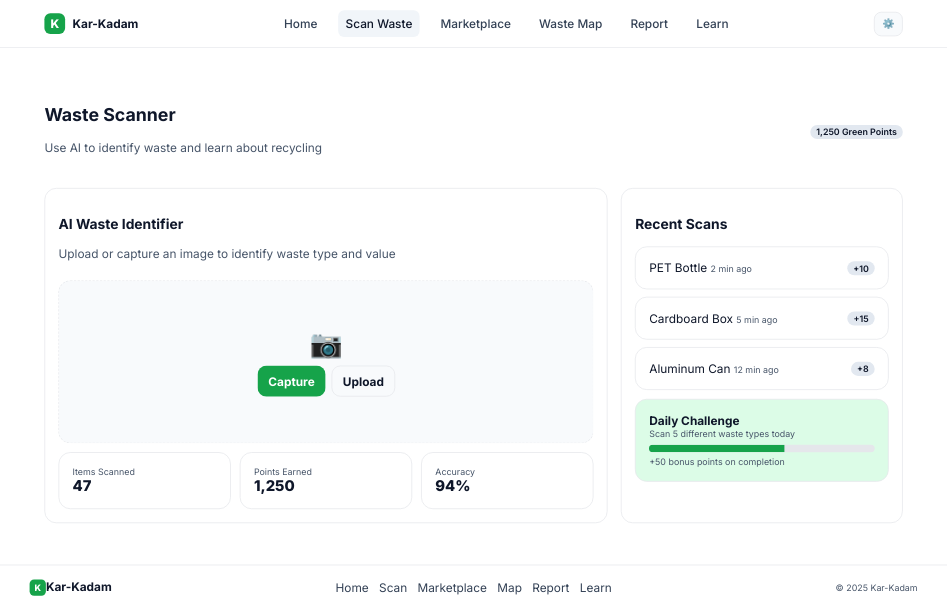
Repository: deeshna15/Swadeshi-for-Atmanirbhar-Bharat---Clean-Green-Technology
Page: frontend/scan.html
An editor plug-in stored every save of this project. The page is shown before and after the next save, followed by the edit.
The browser window is 1280 px wide. The pictures show the whole page, at 74% of full size.

Above is the page before, as saved 2025-09-30 17:56:57.

After the next save:
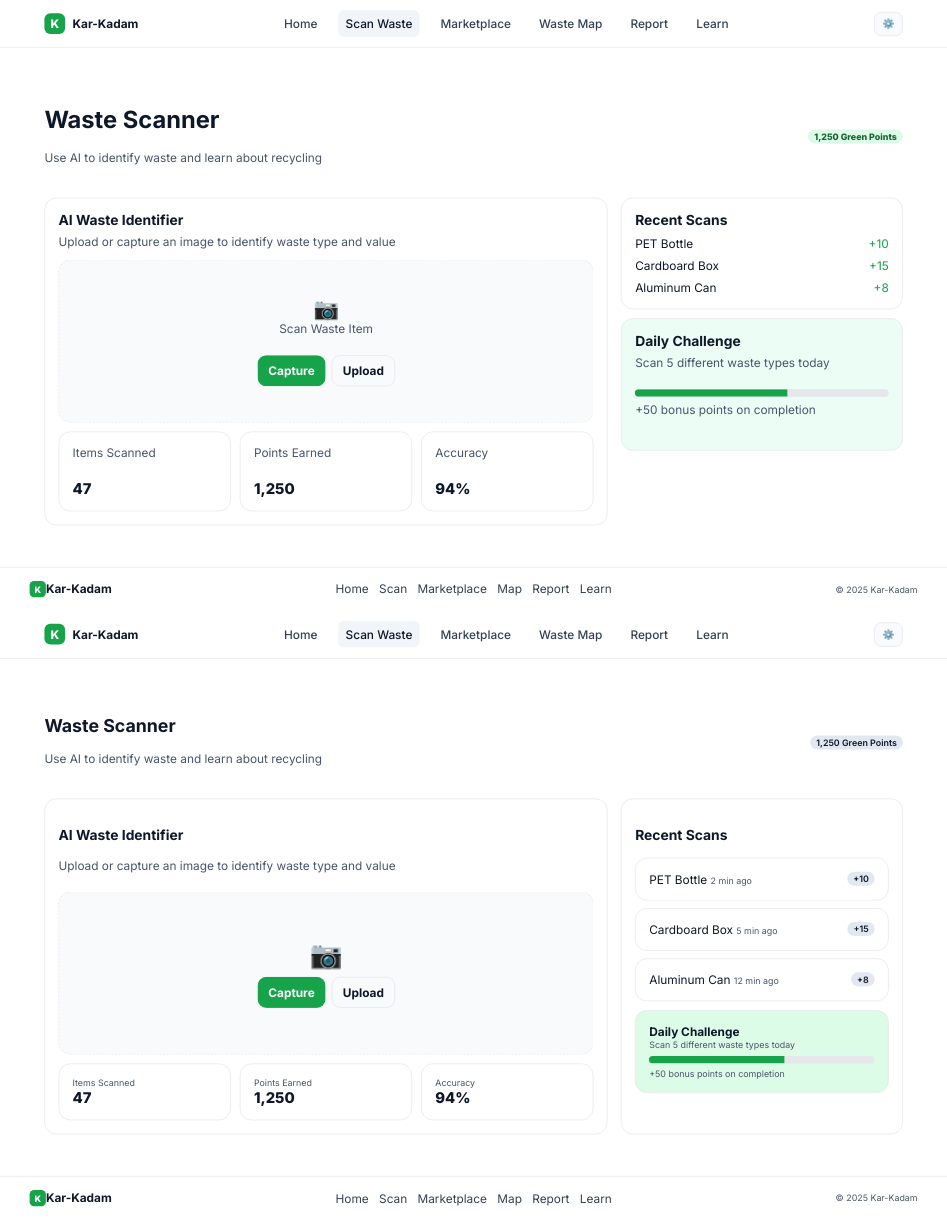
Saved 11 min 26 s later.
--- a/frontend/scan.html
+++ b/frontend/scan.html
@@ -1,3 +1,111 @@
+<!DOCTYPE html>
+<html lang="en">
+<head>
+    <meta charset="UTF-8">
+    <meta name="viewport" content="width=device-width, initial-scale=1.0">
+    <title>Kar-Kadam • Scan Waste</title>
+    <link rel="stylesheet" href="styles.css">
+    <link rel="preconnect" href="https://fonts.googleapis.com">
+    <link rel="preconnect" href="https://fonts.gstatic.com" crossorigin>
+    <link href="https://fonts.googleapis.com/css2?family=Inter:wght@400;500;600;700;800&display=swap" rel="stylesheet">
+</head>
+<body>
+    <header class="navbar">
+        <div class="container nav-inner">
+            <a href="index.html" class="brand">
+                <span class="brand-badge">K</span>
+                <span class="brand-name">Kar-Kadam</span>
+            </a>
+            <nav class="nav-links">
+                <a href="index.html" class="nav-link">Home</a>
+                <a href="scan.html" class="nav-link active">Scan Waste</a>
+                <a href="marketplace.html" class="nav-link">Marketplace</a>
+                <a href="map.html" class="nav-link">Waste Map</a>
+                <a href="report.html" class="nav-link">Report</a>
+                <a href="learn.html" class="nav-link">Learn</a>
+            </nav>
+            <button class="icon-btn" title="Profile">⚙️</button>
+        </div>
+    </header>
+
+    <main class="section">
+        <div class="container">
+            <div class="page-header">
+                <div>
+                    <h1>Waste Scanner</h1>
+                    <p class="section-subtitle" style="text-align:left">Use AI to identify waste and learn about recycling</p>
+                </div>
+                <span class="badge" style="background:#dcfce7;color:#166534;font-weight:800">1,250 Green Points</span>
+            </div>
+
+            <div class="grid-2" style="margin-top:18px">
+                <div class="card">
+                    <h3 style="margin:0 0 8px">AI Waste Identifier</h3>
+                    <p class="section-subtitle" style="text-align:left;margin:0 0 14px">Upload or capture an image to identify waste type and value</p>
+                    <div class="card" style="height:220px; display:flex; align-items:center; justify-content:center; background:#f8fafc; border-style:dashed;">
+                        <div style="text-align:center">
+                            <div style="font-size:28px">📷</div>
+                            <div class="section-subtitle" style="text-align:center">Scan Waste Item</div>
+                            <div style="margin-top:12px; display:flex; gap:8px; justify-content:center">
+                                <a class="btn btn-primary" href="#">Capture</a>
+                                <a class="btn btn-light" href="#">Upload</a>
+                            </div>
+                        </div>
+                    </div>
+
+                    <div style="display:grid; grid-template-columns:repeat(3,1fr); gap:12px; margin-top:12px">
+                        <div class="card">
+                            <div class="section-subtitle" style="text-align:left">Items Scanned</div>
+                            <div class="impact-value">47</div>
+                        </div>
+                        <div class="card">
+                            <div class="section-subtitle" style="text-align:left">Points Earned</div>
+                            <div class="impact-value">1,250</div>
+                        </div>
+                        <div class="card">
+                            <div class="section-subtitle" style="text-align:left">Accuracy</div>
+                            <div class="impact-value">94%</div>
+                        </div>
+                    </div>
+                </div>
+                <div>
+                    <div class="card">
+                        <h3 style="margin:0 0 10px">Recent Scans</h3>
+                        <div class="list">
+                            <div style="display:flex; justify-content:space-between"><span>PET Bottle</span><span style="color:#16a34a">+10</span></div>
+                            <div style="display:flex; justify-content:space-between"><span>Cardboard Box</span><span style="color:#16a34a">+15</span></div>
+                            <div style="display:flex; justify-content:space-between"><span>Aluminum Can</span><span style="color:#16a34a">+8</span></div>
+                        </div>
+                    </div>
+                    <div class="card" style="margin-top:12px; background:#ecfdf5">
+                        <h3 style="margin:0 0 8px">Daily Challenge</h3>
+                        <div class="section-subtitle" style="text-align:left">Scan 5 different waste types today</div>
+                        <div class="progress" style="margin-top:10px"><span style="width:60%"></span></div>
+                        <div class="section-subtitle" style="text-align:left;margin-top:8px">+50 bonus points on completion</div>
+                    </div>
+                </div>
+            </div>
+        </div>
+    </main>
+
+    <footer class="footer">
+        <div class="container footer-inner">
+            <div class="footer-brand"><span class="brand-badge small">K</span><span class="brand-name">Kar-Kadam</span></div>
+            <div class="footer-links">
+                <a href="index.html">Home</a>
+                <a href="scan.html">Scan</a>
+                <a href="marketplace.html">Marketplace</a>
+                <a href="map.html">Map</a>
+                <a href="report.html">Report</a>
+                <a href="learn.html">Learn</a>
+            </div>
+            <div class="footer-copy">© 2025 Kar-Kadam</div>
+        </div>
+    </footer>
+
+    <script src="app.js"></script>
+</body>
+</html>
 <!DOCTYPE html>
 <html lang="en">
 <head>
